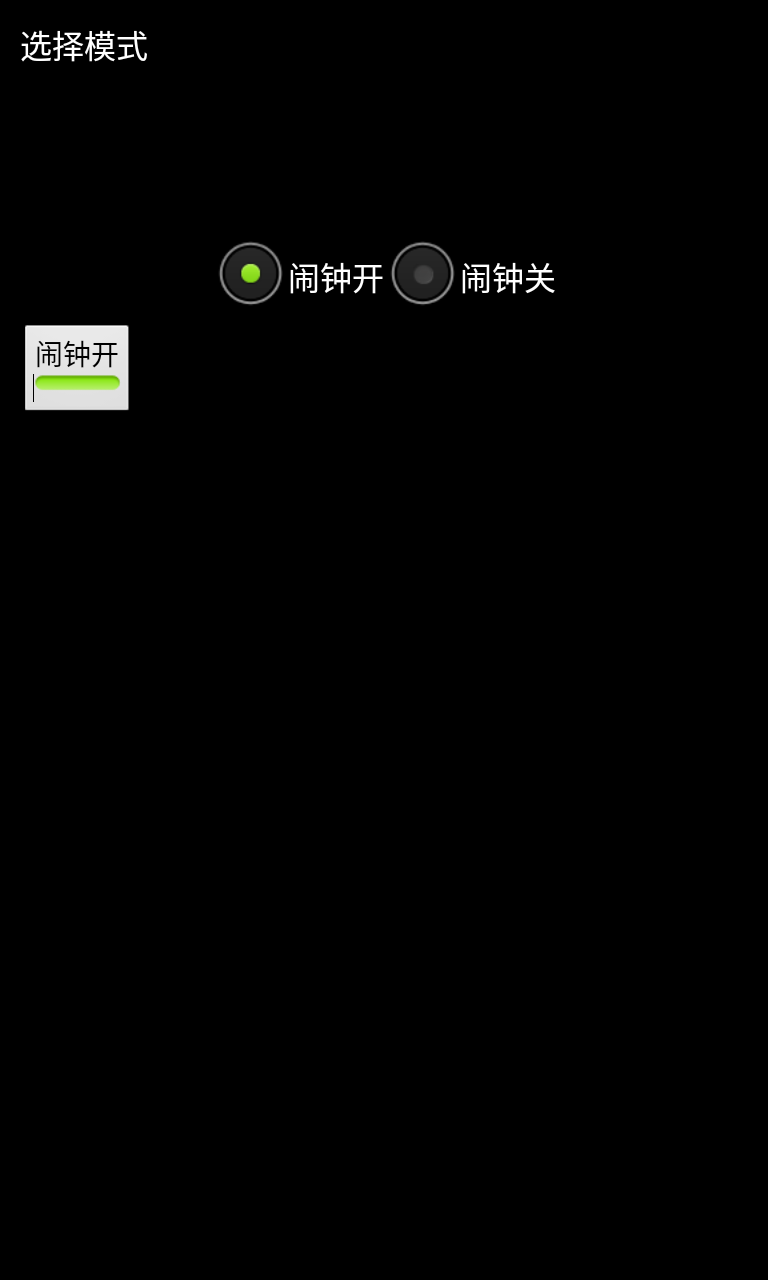
Repository: gogolaile/CoolWeather
Layout: DayDel/res/layout/alarm_newone_dialog.xml
The author's editor kept a copy of each file at every save. The layout is drawn from the files as they stood at one save, then again after the next save.
It is drawn on a 768 x 1280 px phone screen (xhdpi) without system bars, with theme android:Theme.NoTitleBar.Fullscreen; the app's code is not run.

Above is the layout before, as saved 2015-12-09 09:37:48.

### DayDel/res/layout/alarm_newone_dialog.xml
<?xml version="1.0" encoding="UTF-8"?>
<LinearLayout
     xmlns:android="http://schemas.android.com/apk/res/android"
     android:layout_width = "match_parent"
     android:layout_height = "match_parent"
     android:orientation="vertical"
     android:padding="10dp">
    <TextView
        android:layout_width="fill_parent"
        android:layout_height="wrap_content"
        android:text="选择模式"
        android:textColor="#FFFFFF"
        android:textSize="16sp"/>
     <Switch
         android:id="@+id/alarm_switch"
         android:layout_width="80dp"
         android:layout_height="80dp"
         android:checked="true"
         android:textOn="选择框模式"
         android:textOff="开关模式"
         />
     <RadioGroup android:id="@+id/alarm_mode"
         android:orientation="horizontal"
         android:layout_width="wrap_content"
         android:layout_height="wrap_content"
         android:layout_gravity="center_horizontal">
         <RadioButton android:layout_width="wrap_content"
             android:layout_height="wrap_content"
             android:id="@+id/open_alarm"
             android:text="闹钟开"
             android:checked="true"/>
         <RadioButton android:layout_width="wrap_content"
             android:layout_height="wrap_content"
             android:id="@+id/close_alarm"
             android:text="闹钟关"/>
     </RadioGroup>
     <ToggleButton
         android:id="@+id/alarm_toggle"
         android:layout_width="wrap_content"
         android:layout_height="wrap_content"
         android:textOn="闹钟开"
         android:textOff="闹钟关"
         android:checked="true"/>
</LinearLayout>

After the next save:
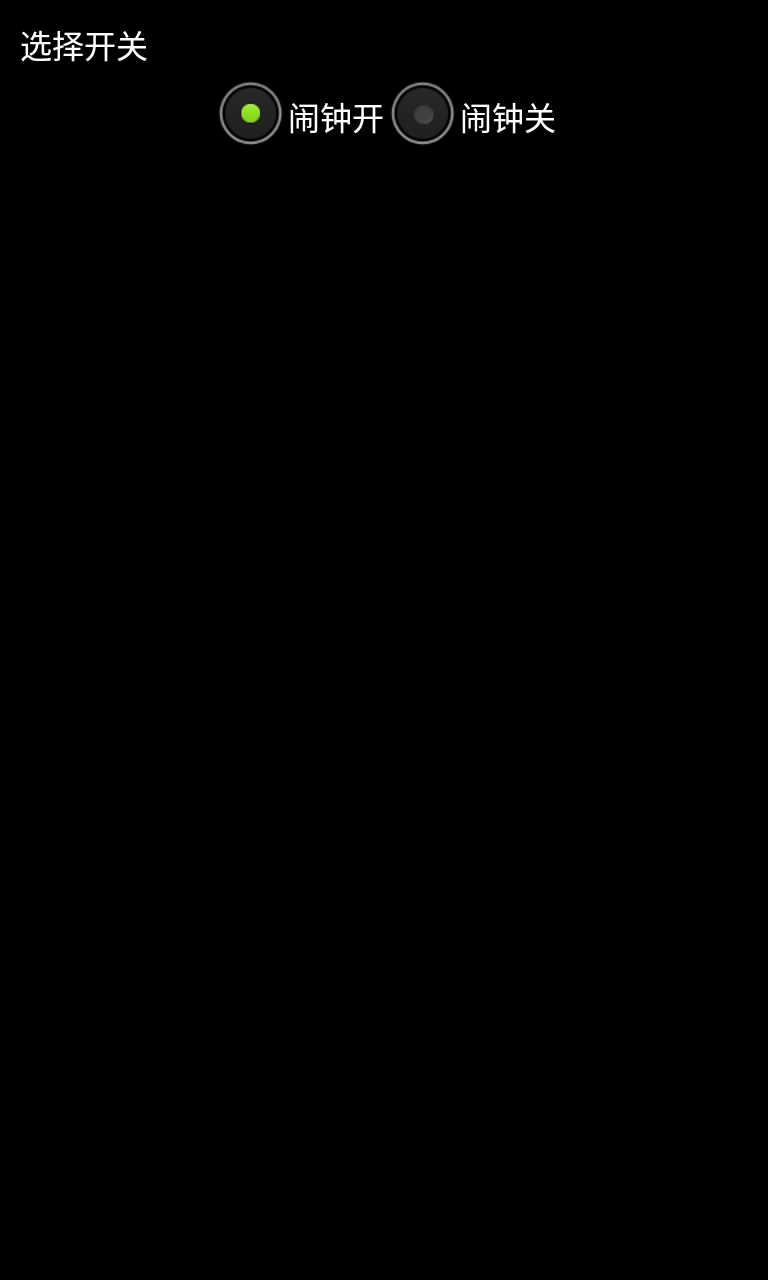
Saved 4 min 34 s later.
--- a/DayDel/res/layout/alarm_newone_dialog.xml
+++ b/DayDel/res/layout/alarm_newone_dialog.xml
@@ -8,17 +8,9 @@
     <TextView
         android:layout_width="fill_parent"
         android:layout_height="wrap_content"
-        android:text="选择模式"
+        android:text="选择开关"
         android:textColor="#FFFFFF"
         android:textSize="16sp"/>
-     <Switch
-         android:id="@+id/alarm_switch"
-         android:layout_width="80dp"
-         android:layout_height="80dp"
-         android:checked="true"
-         android:textOn="选择框模式"
-         android:textOff="开关模式"
-         />
      <RadioGroup android:id="@+id/alarm_mode"
          android:orientation="horizontal"
          android:layout_width="wrap_content"
@@ -34,11 +26,4 @@
              android:id="@+id/close_alarm"
              android:text="闹钟关"/>
      </RadioGroup>
-     <ToggleButton
-         android:id="@+id/alarm_toggle"
-         android:layout_width="wrap_content"
-         android:layout_height="wrap_content"
-         android:textOn="闹钟开"
-         android:textOff="闹钟关"
-         android:checked="true"/>
 </LinearLayout>
